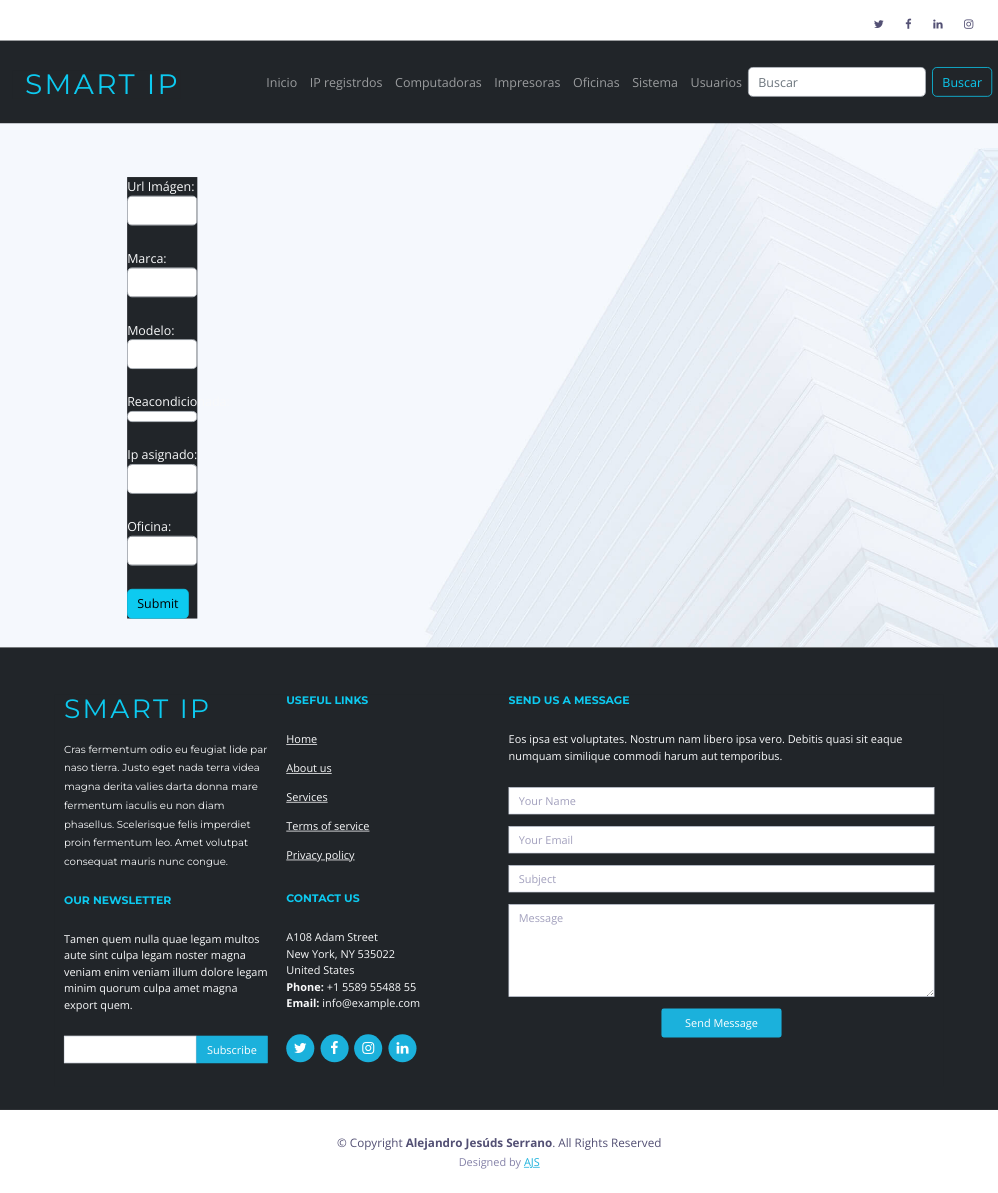
Repository: AlejandroJesusSerrano/SmartIPs
Page: smartip/smartipnav/templates/smartipnav/printer_form.html
An editor plug-in stored every save of this project. The page is shown before and after the next save, followed by the edit.
The browser window is 1280 px wide. The pictures show the whole page, at 78% of full size.
The page is served by the project's application, run on Django 4.2 (smartip/manage.py). Other server files are loaded and not shown. The template is opened directly, without the code that normally fills it, so the values that code supplies are empty.

Above is the page before, as saved 2022-11-14 08:30:00.

### smartip/smartipnav/templates/smartipnav/printer_form.html
{% extends 'smartipnav/base.html' %}

{% block content %}
<section id="intro" class="clearfix">
    <div class="container d-flex h-100">
        <div class="row justify-content-center align-self-center">
            <div class="col-md-6 intro-info order-md-first order-last">
                <form action="" method="post">
                    {% csrf_token %}
                    <div class="container mx-auto w-100">
                        <div class="form-group bg-dark mx-auto w-80">
                            <label class="form-control-label text-light" for="printer_image">Url Imágen: </label>
                            <input class="form-control" type="url" name="printer_image" id="printer_add"></p>

                            <label class="form-control-label text-light" for="printer_brand">Marca: </label>
                            <input class="form-control" type="text" name="printer_brand" id="printer_brand"></p>

                            <label class="form-control-label text-light" for="printer_model">Modelo: </label>
                            <input class="form-control" type="text" name="printer_model" id="printer_model"></p>

                            <label class="form-control-label text-light" for="printer_rebuilded">Reacondicionada: </label>
                            <input class="form-control" type="checkbox" name="printer_rebuilded" id="printer_rebuilded"></p>

                            <label class="form-control-label text-light" for="printer_ip">Ip asignado: </label>
                            <input class="form-control" type="text" name="printer_ip" id="printer_ip"></p>

                            <label class="form-control-label text-light" for="printer_office">Oficina: </label>
                            <input class="form-control" type="text" namr="printer_office" id="printer_office"></p>

                            <button type="submit" class="btn btn-info mx-auto">Submit</button>
                        </div>
                    </div>
                </form>
            </div>
        </div>
    </div>
{% endblock %}

### smartip/smartipnav/templates/smartipnav/base.html
<!DOCTYPE html>
<html lang="en">
<head>

  {% load static %}
  <meta charset="utf-8">
  <title>Smart IP</title>
  <meta content="width=device-width, initial-scale=1.0" name="viewport">
  <meta content="" name="keywords">
  <meta content="" name="description">

  <!-- Favicons -->
  <link href="{% static 'smartipnav/img/favicon.png' %}" rel="icon">
  <link href="{% static 'smartipnav/img/apple-touch-icon.png' %}" rel="apple-touch-icon">

  <!-- Google Fonts -->
  <link href="https://fonts.googleapis.com/css?family=Open+Sans:300,300i,400,400i,500,600,700,700i|Montserrat:300,400,500,600,700" rel="stylesheet">

  <!-- Bootstrap CSS File -->
  <link href="https://cdn.jsdelivr.net/npm/bootstrap@5.2.2/dist/css/bootstrap.min.css" rel="stylesheet" integrity="sha384-Zenh87qX5JnK2Jl0vWa8Ck2rdkQ2Bzep5IDxbcnCeuOxjzrPF/et3URy9Bv1WTRi" crossorigin="anonymous">

  <!-- Libraries CSS Files -->
  <link href="{% static 'smartipnav/lib/font-awesome/css/font-awesome.min.css' %}" rel="stylesheet">
  <link href="{% static 'smartipnav/lib/animate/animate.min.css' %}" rel="stylesheet">
  <link href="{% static 'smartipnav/lib/ionicons/css/ionicons.min.css' %}" rel="stylesheet">
  <link href="{% static 'smartipnav/lib/owlcarousel/assets/owl.carousel.min.css' %}" rel="stylesheet">
  <link href="{% static 'smartipnav/lib/lightbox/css/lightbox.min.css' %}" rel="stylesheet">

  <!-- Main Stylesheet File -->
  <link href="{% static 'smartipnav/css/style.css' %}" rel="stylesheet">

  <!-- =======================================================
    Theme Name: Rapid
    Theme URL: https://bootstrapmade.com/rapid-multipurpose-bootstrap-business-template/
    Author: BootstrapMade.com
    License: https://bootstrapmade.com/license/
  ======================================================= -->
</head>

<body>
  <!--==========================
  Header
  ============================-->
  <header id="header">

    <div id="topbar">
      <div class="container me-2">
        <div class="social-links">
          <a href="#" class="twitter"><i class="fa fa-twitter"></i></a>
          <a href="#" class="facebook"><i class="fa fa-facebook"></i></a>
          <a href="#" class="linkedin"><i class="fa fa-linkedin"></i></a>
          <a href="#" class="instagram"><i class="fa fa-instagram"></i></a>
        </div>
      </div>
    </div>

    <nav class="navbar navbar-expand-lg navbar-dark bg-dark">
      <a class="navbar-brand" href="index">
        <div class="logo mb-4">
          <!-- Uncomment below if you prefer to use an image logo -->
          <h1 class="text-bg-dark mx-auto "><a href="index"><span class= "text-info">Smart IP</span></a></h1>
          <!-- <a href="#header" class="scrollto"><img src="img/logo.png" alt="" class="img-fluid"></a> -->
        </div>
      </a>
      <button class="navbar-toggler" type="button" data-bs-toggle="collapse" data-bs-target="#navbarSupportedContent" aria-controls="navbarSupportedContent" aria-expanded="false" aria-label="Toggle navigation">
        <span class="navbar-toggler-icon"></span>
      </button>
      <div class="collapse navbar-collapse" id="navbarSupportedContent">
        <ul class="navbar-nav ms-auto mb-2 mb-lg-0">
          <li class="nav-item">
            <a class="nav-link {% block indexactive %} {% endblock %}" aria-current="page" href="{% url 'Inicio' %}">Inicio</a>
          </li>
          <li class="nav-item">
            <a class="nav-link {% block ipactive %} {% endblock %}" aria-current="page" href=" {% url 'Ip' %}">IP registrdos</a>
          </li>
          <li class="nav-item">
            <a class="nav-link {% block computeractive %} {% endblock %}" aria-current="page" href="{% url 'Computers' %}">Computadoras</a>
          </li>
          <li class="nav-item">
            <a class="nav-link {% block printersactive %} {% endblock %}" aria-current="page" href="{% url 'Printers' %}">Impresoras</a>
          </li>
          <li class="nav-item">
            <a class="nav-link {% block officesactive %} {% endblock %}" aria-current="page" href="{% url 'Offices' %}">Oficinas</a>
          </li>
          <li class="nav-item">
            <a class="nav-link {% block usersactive %} {% endblock %}" aria-current="page" href="{% url 'Users' %}">Sistema</a>
          </li>
          <li class="nav-item">
            <a class="nav-link {% block userspcactive %} {% endblock %}" aria-current="page" href="{% url 'UsersPc' %}">Usuarios</a>
          </li>

          <!-- <li class="nav-item dropdown">
            <a class="nav-link dropdown-toggle" href="#" id="navbarDropdown" role="button" data-bs-toggle="dropdown" aria-expanded="false">
              Dropdown
            </a>
            <ul class="dropdown-menu" aria-labelledby="navbarDropdown">
              <li><a class="dropdown-item" href="#">Acción</a></li>
              <li><a class="dropdown-item" href="#">Otra acción</a></li>
              <li><hr class="dropdown-divider"></li>
              <li><a class="dropdown-item" href="#">Algo más aquí</a></li>
            </ul>
          </li>
          <li class="nav-item">
            <a class="nav-link disabled">Deshabilitado</a>
          </li> -->
        </ul>
        <form class="d-flex" role="search">
          <input class="form-control me-2" type="search" placeholder="Buscar" aria-label="Buscar">
          <button class="btn btn-outline-info me-2" type="submit">Buscar</button>
        </form>
      </div>
    </nav>
  </header><!-- #header -->



    {% block content %}

    {% endblock %}



  <!--==========================
    Footer
  ============================-->
  <footer id="footer" class="section-bg">
    <div class="footer-top bg-dark">
      <div class="container bg-dark">

        <div class="row">

          <div class="col-lg-6">

            <div class="row">

                <div class="col-sm-6">

                  <div class="footer-info">
                    <h3 class="text-info">Smart Ip</h3>
                    <p class="text-light">Cras fermentum odio eu feugiat lide par naso tierra. Justo eget nada terra videa magna derita valies darta donna mare fermentum iaculis eu non diam phasellus. Scelerisque felis imperdiet proin fermentum leo. Amet volutpat consequat mauris nunc congue.</p>
                  </div>

                  <div class="footer-newsletter">
                    <h4 class="text-info">Our Newsletter</h4>
                    <p class="text-light">Tamen quem nulla quae legam multos aute sint culpa legam noster magna veniam enim veniam illum dolore legam minim quorum culpa amet magna export quem.</p>
                    <form action="" method="post">
                      <input type="email" name="email"><input type="submit"  value="Subscribe">
                    </form>
                  </div>

                </div>

                <div class="col-sm-6">
                  <div class="footer-links">
                    <h4 class="text-info">Useful Links</h4>
                    <ul>
                      <li><a class="text-light" href="#">Home</a></li>
                      <li><a class="text-light" href="#">About us</a></li>
                      <li><a class="text-light" href="#">Services</a></li>
                      <li><a class="text-light" href="#">Terms of service</a></li>
                      <li><a class="text-light" href="#">Privacy policy</a></li>
                    </ul>
                  </div>

                  <div class="footer-links">
                    <h4 class="text-info">Contact Us</h4>
                    <p class="text-light">
                      A108 Adam Street <br>
                      New York, NY 535022<br>
                      United States <br>
                      <strong>Phone:</strong> +1 5589 55488 55<br>
                      <strong>Email:</strong> info@example.com<br>
                    </p>
                  </div>

                  <div class="social-links">
                    <a href="#" class="twitter"><i class="fa fa-twitter"></i></a>
                    <a href="#" class="facebook"><i class="fa fa-facebook"></i></a>
                    <a href="#" class="instagram"><i class="fa fa-instagram"></i></a>
                    <a href="#" class="linkedin"><i class="fa fa-linkedin"></i></a>
                  </div>

                </div>

            </div>

          </div>

          <div class="col-lg-6">

            <div class="form">

              <h4 class="text-info">Send us a message</h4>
              <p class= "text-light">Eos ipsa est voluptates. Nostrum nam libero ipsa vero. Debitis quasi sit eaque numquam similique commodi harum aut temporibus.</p>
              <form action="" method="post" role="form" class="contactForm">
                <div class="form-group">
                  <input type="text" name="name" class="form-control" id="name" placeholder="Your Name" data-rule="minlen:4" data-msg="Please enter at least 4 chars" />
                  <div class="validation"></div>
                </div>
                <div class="form-group">
                  <input type="email" class="form-control" name="email" id="email" placeholder="Your Email" data-rule="email" data-msg="Please enter a valid email" />
                  <div class="validation"></div>
                </div>
                <div class="form-group">
                  <input type="text" class="form-control" name="subject" id="subject" placeholder="Subject" data-rule="minlen:4" data-msg="Please enter at least 8 chars of subject" />
                  <div class="validation"></div>
                </div>
                <div class="form-group">
                  <textarea class="form-control" name="message" rows="5" data-rule="required" data-msg="Please write something for us" placeholder="Message"></textarea>
                  <div class="validation"></div>
                </div>

                <div id="sendmessage">Your message has been sent. Thank you!</div>
                <div id="errormessage"></div>

                <div class="text-center"><button type="submit" title="Send Message">Send Message</button></div>
              </form>
            </div>

          </div>



        </div>

      </div>
    </div>

    <div class="container">
      <div class="copyright">
        &copy; Copyright <strong>Alejandro Jesúds Serrano</strong>. All Rights Reserved
      </div>
      <div class="credits">
        <!--
          All the links in the footer should remain intact.
          You can delete the links only if you purchased the pro version.
          Licensing information: https://bootstrapmade.com/license/
          Purchase the pro version with working PHP/AJAX contact form: https://bootstrapmade.com/buy/?theme=Rapid
        -->
        Designed by <a href="https://AJS.com/">AJS</a>
      </div>
    </div>
  </footer><!-- #footer -->

  <a href="#" class="back-to-top"><i class="fa fa-chevron-up"></i></a>
  <!-- Uncomment below i you want to use a preloader -->
  <!-- <div id="preloader"></div> -->

  <!-- JavaScript Libraries -->
  <script src="{% static 'smartipnav/lib/jquery/jquery.min.js' %}"></script>
  <script src="{% static 'smartipnav/lib/jquery/jquery-migrate.min.js' %}"></script>
  <script src="https://cdn.jsdelivr.net/npm/bootstrap@5.2.2/dist/js/bootstrap.bundle.min.js" integrity="sha384-OERcA2EqjJCMA+/3y+gxIOqMEjwtxJY7qPCqsdltbNJuaOe923+mo//f6V8Qbsw3" crossorigin="anonymous"></script>
  <script src="{% static 'smartipnav/lib/easing/easing.min.js' %}"></script>
  <script src="{% static 'smartipnav/lib/mobile-nav/mobile-nav.js' %}"></script>
  <script src="{% static 'smartipnav/lib/wow/wow.min.js' %}"></script>
  <script src="{% static 'smartipnav/lib/waypoints/waypoints.min.js' %}"></script>
  <script src="{% static 'smartipnav/lib/counterup/counterup.min.js' %}"></script>
  <script src="{% static 'smartipnav/lib/owlcarousel/owl.carousel.min.js' %}"></script>
  <script src="{% static 'smartipnav/lib/isotope/isotope.pkgd.min.js' %}"></script>
  <script src="{% static 'smartipnav/lib/lightbox/js/lightbox.min.js' %}"></script>
  <!-- Contact Form JavaScript File -->
  <script src="{% static 'smartipnav/contactform/contactform.js' %}"></script>

  <!-- Template Main Javascript File -->
  <script src="{% static 'smartipnav/js/main.js' %}"></script>

</body>
</html>

### smartip/smartip/urls.py
"""smartip URL Configuration

The `urlpatterns` list routes URLs to views. For more information please see:
    https://docs.djangoproject.com/en/4.1/topics/http/urls/
Examples:
Function views
    1. Add an import:  from my_app import views
    2. Add a URL to urlpatterns:  path('', views.home, name='home')
Class-based views
    1. Add an import:  from other_app.views import Home
    2. Add a URL to urlpatterns:  path('', Home.as_view(), name='home')
Including another URLconf
    1. Import the include() function: from django.urls import include, path
    2. Add a URL to urlpatterns:  path('blog/', include('blog.urls'))
"""
from django.contrib import admin
from django.urls import path

urlpatterns = [
    path('admin/', admin.site.urls),
]

Loaded but not shown: smartip/smartipnav/static/smartipnav/lib/font-awesome/css/font-awesome.min.css (library); smartip/smartipnav/static/smartipnav/lib/animate/animate.min.css (library); smartip/smartipnav/static/smartipnav/lib/ionicons/css/ionicons.min.css (library); smartip/smartipnav/static/smartipnav/lib/owlcarousel/assets/owl.carousel.min.css (library); smartip/smartipnav/static/smartipnav/lib/lightbox/css/lightbox.min.css (common file); smartip/smartipnav/static/smartipnav/lib/jquery/jquery.min.js (library); smartip/smartipnav/static/smartipnav/lib/jquery/jquery-migrate.min.js (library); smartip/smartipnav/static/smartipnav/lib/easing/easing.min.js (common file); smartip/smartipnav/static/smartipnav/lib/mobile-nav/mobile-nav.js (common file); smartip/smartipnav/static/smartipnav/lib/wow/wow.min.js (library); smartip/smartipnav/static/smartipnav/lib/waypoints/waypoints.min.js (library); smartip/smartipnav/static/smartipnav/lib/counterup/counterup.min.js (common file); smartip/smartipnav/static/smartipnav/lib/owlcarousel/owl.carousel.min.js (library); smartip/smartipnav/static/smartipnav/lib/isotope/isotope.pkgd.min.js (library); smartip/smartipnav/static/smartipnav/lib/lightbox/js/lightbox.min.js (library); smartip/smartipnav/static/smartipnav/js/main.js (131 lines, source omitted); smartip/smartipnav/static/smartipnav/contactform/contactform.js (118 lines, source omitted); smartip/smartipnav/static/smartipnav/css/style.css (1573 lines, source omitted)

After the next save:
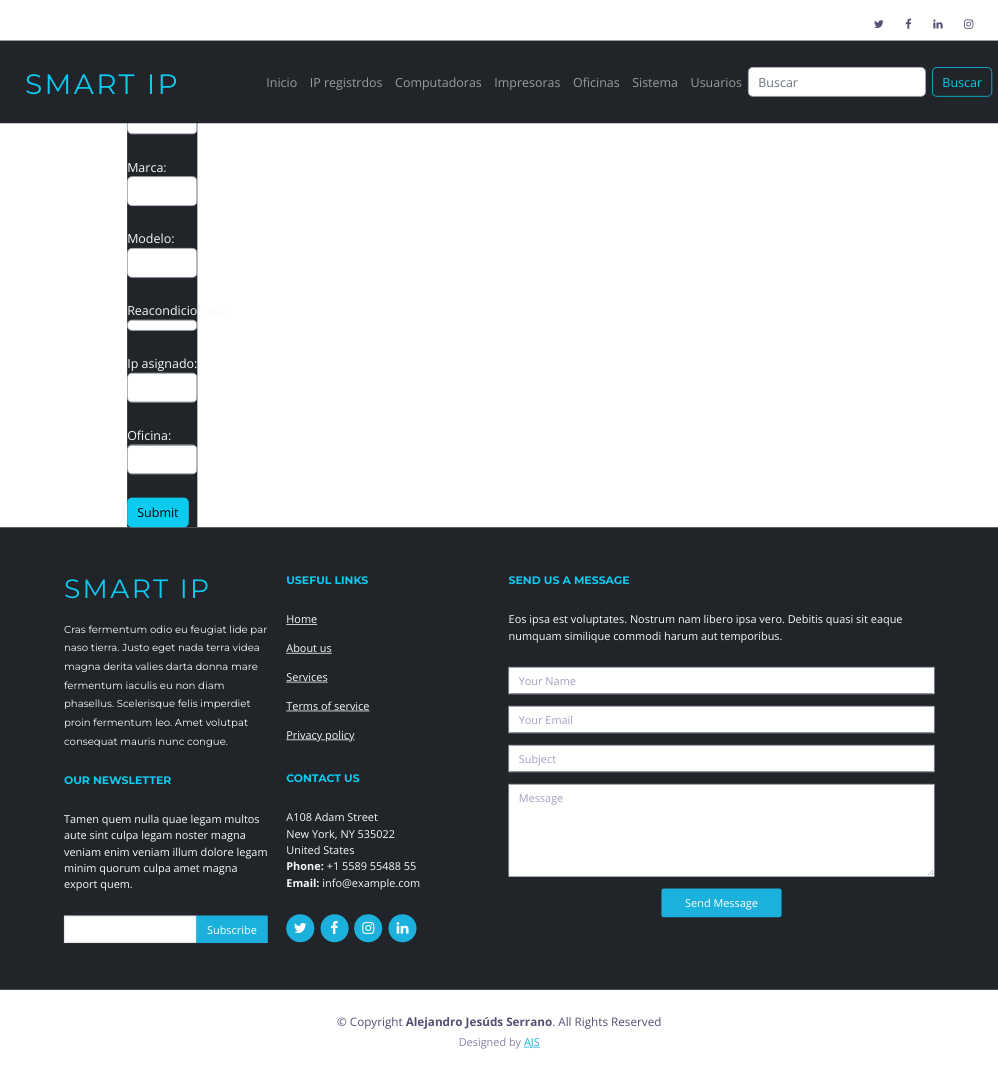
Saved 2 min 55 s later.
--- a/smartip/smartipnav/templates/smartipnav/printer_form.html
+++ b/smartip/smartipnav/templates/smartipnav/printer_form.html
@@ -1,37 +1,36 @@
 {% extends 'smartipnav/base.html' %}
 
 {% block content %}
-<section id="intro" class="clearfix">
-    <div class="container d-flex h-100">
-        <div class="row justify-content-center align-self-center">
-            <div class="col-md-6 intro-info order-md-first order-last">
-                <form action="" method="post">
-                    {% csrf_token %}
-                    <div class="container mx-auto w-100">
-                        <div class="form-group bg-dark mx-auto w-80">
-                            <label class="form-control-label text-light" for="printer_image">Url Imágen: </label>
-                            <input class="form-control" type="url" name="printer_image" id="printer_add"></p>
+<div class="container d-flex h-100">
+    <div class="row justify-content-center align-self-center">
+        <div class="col-md-6 intro-info order-md-first order-last">
+            <form action="" method="post">
+                {% csrf_token %}
+                <div class="container mx-auto w-100">
+                    <div class="form-group bg-dark mx-auto w-80">
+                        <label class="form-control-label text-light" for="printer_image">Url Imágen: </label>
+                        <input class="form-control" type="url" name="printer_image" id="printer_add"></p>
 
-                            <label class="form-control-label text-light" for="printer_brand">Marca: </label>
-                            <input class="form-control" type="text" name="printer_brand" id="printer_brand"></p>
+                        <label class="form-control-label text-light" for="printer_brand">Marca: </label>
+                        <input class="form-control" type="text" name="printer_brand" id="printer_brand"></p>
 
-                            <label class="form-control-label text-light" for="printer_model">Modelo: </label>
-                            <input class="form-control" type="text" name="printer_model" id="printer_model"></p>
+                        <label class="form-control-label text-light" for="printer_model">Modelo: </label>
+                        <input class="form-control" type="text" name="printer_model" id="printer_model"></p>
 
-                            <label class="form-control-label text-light" for="printer_rebuilded">Reacondicionada: </label>
-                            <input class="form-control" type="checkbox" name="printer_rebuilded" id="printer_rebuilded"></p>
+                        <label class="form-control-label text-light" for="printer_rebuilded">Reacondicionada: </label>
+                        <input class="form-control" type="checkbox" name="printer_rebuilded" id="printer_rebuilded"></p>
 
-                            <label class="form-control-label text-light" for="printer_ip">Ip asignado: </label>
-                            <input class="form-control" type="text" name="printer_ip" id="printer_ip"></p>
+                        <label class="form-control-label text-light" for="printer_ip">Ip asignado: </label>
+                        <input class="form-control" type="text" name="printer_ip" id="printer_ip"></p>
 
-                            <label class="form-control-label text-light" for="printer_office">Oficina: </label>
-                            <input class="form-control" type="text" namr="printer_office" id="printer_office"></p>
+                        <label class="form-control-label text-light" for="printer_office">Oficina: </label>
+                        <input class="form-control" type="text" namr="printer_office" id="printer_office"></p>
 
-                            <button type="submit" class="btn btn-info mx-auto">Submit</button>
-                        </div>
+                        <button type="submit" class="btn btn-info mx-auto">Submit</button>
                     </div>
-                </form>
-            </div>
+                </div>
+            </form>
         </div>
     </div>
+</div>
 {% endblock %}
